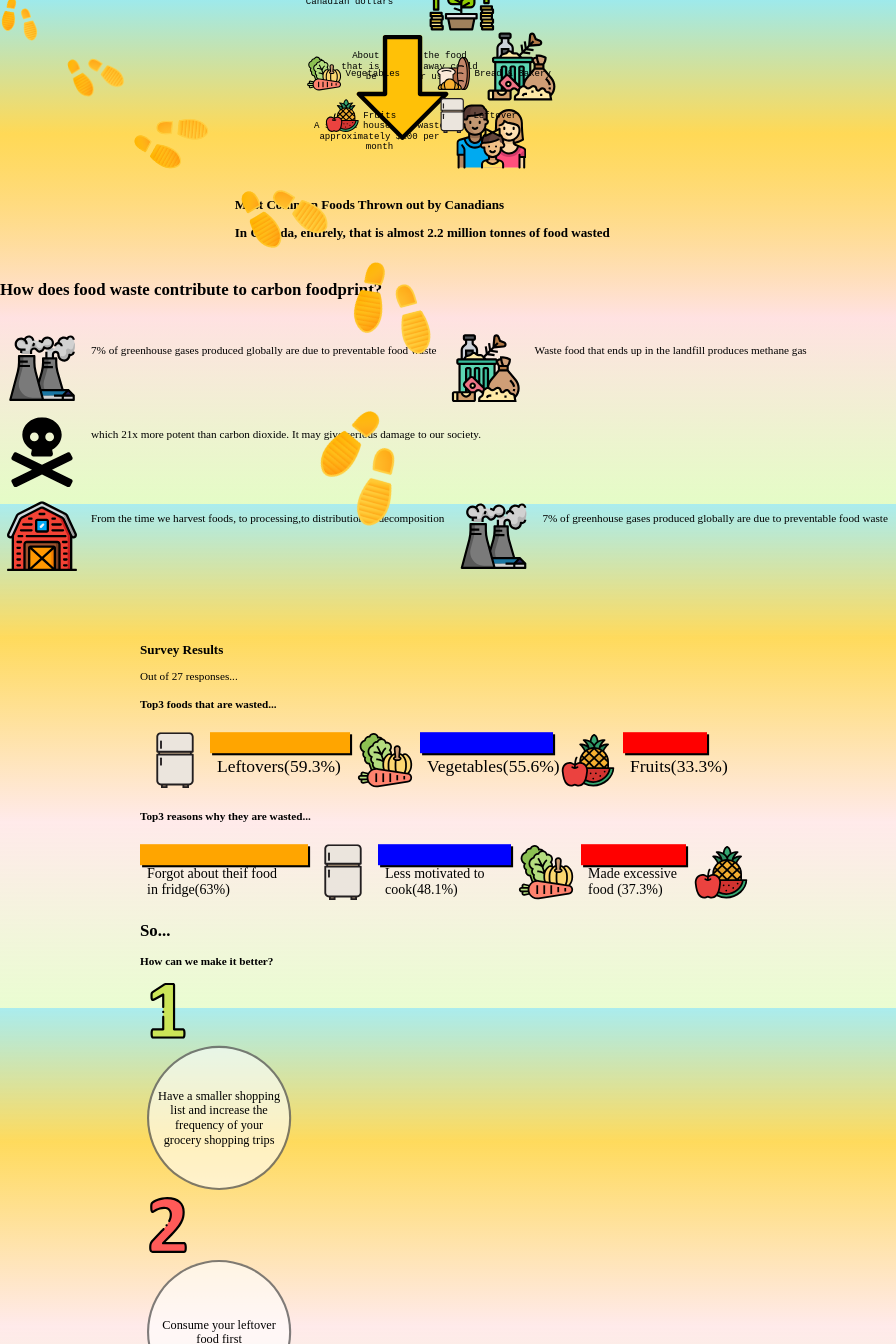
Repository: iorid3/Midterm
Page: index.html
These files come from the project's save history. The page is drawn as it stood at one moment and after the next save; the edit follows.
The browser window is 1280 px wide. The pictures show the part of the page from y = 0 to 1920 px (the page is 3093 px tall before and 2273 px after), at 70% of full size.

Above is the page before, as saved 2021-03-09 11:06:01.

After the next save:
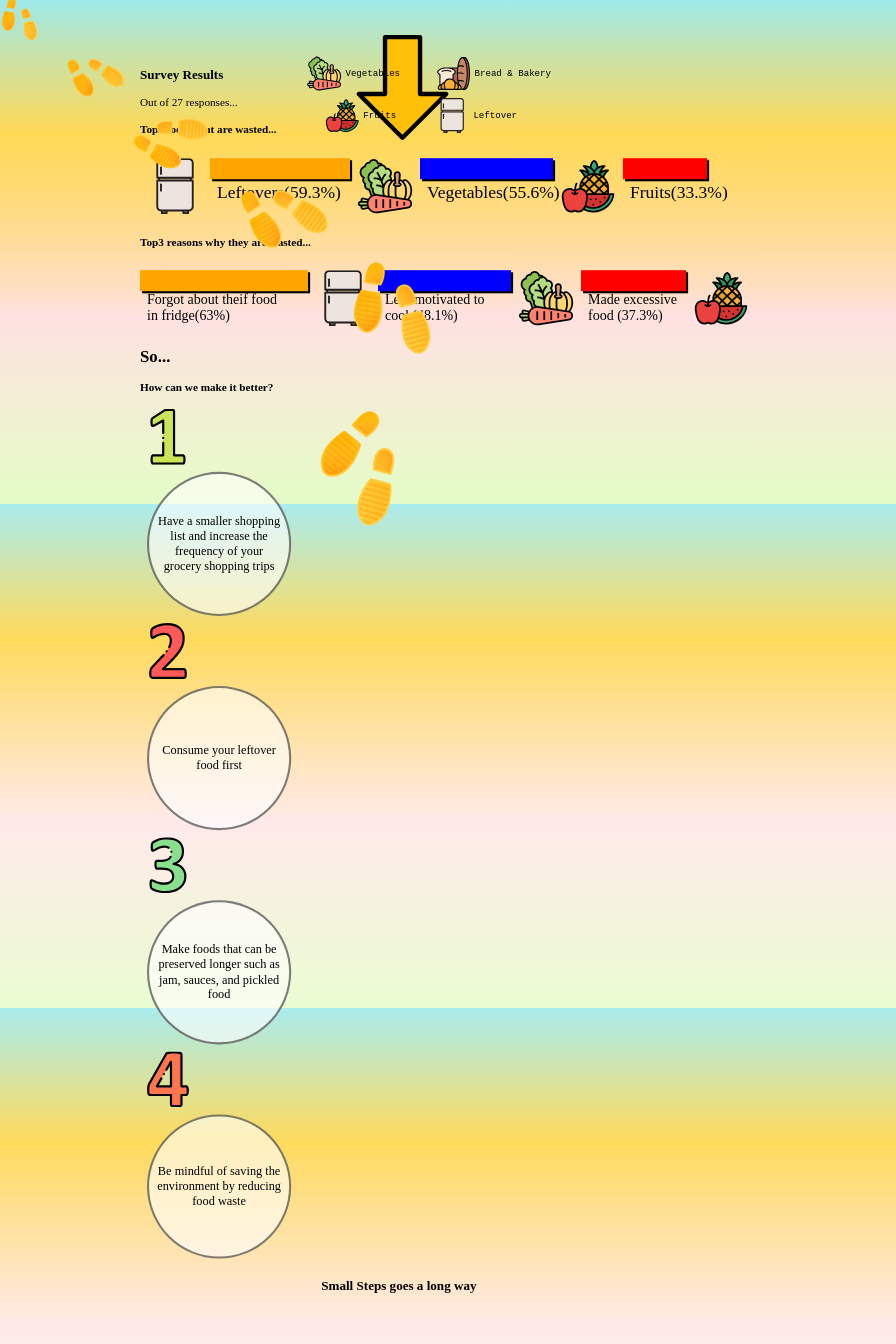
Not found: Images/earthcrying.svg
Saved 10 s later.
--- a/index.html
+++ b/index.html
@@ -9,7 +9,7 @@
 
         <div class = "section1">
             <div><h1> How Food Waste Impacts Our World</h1></div>
-            <div><img src ="./Images/earth crying.svg"/></div>
+            <div><img src ="./Images/earthcrying.svg"/></div>
             <div class = "comp1"></div>
             <div class = "comp2"></div>
             <div class = "comp5"></div>

After the save that followed:
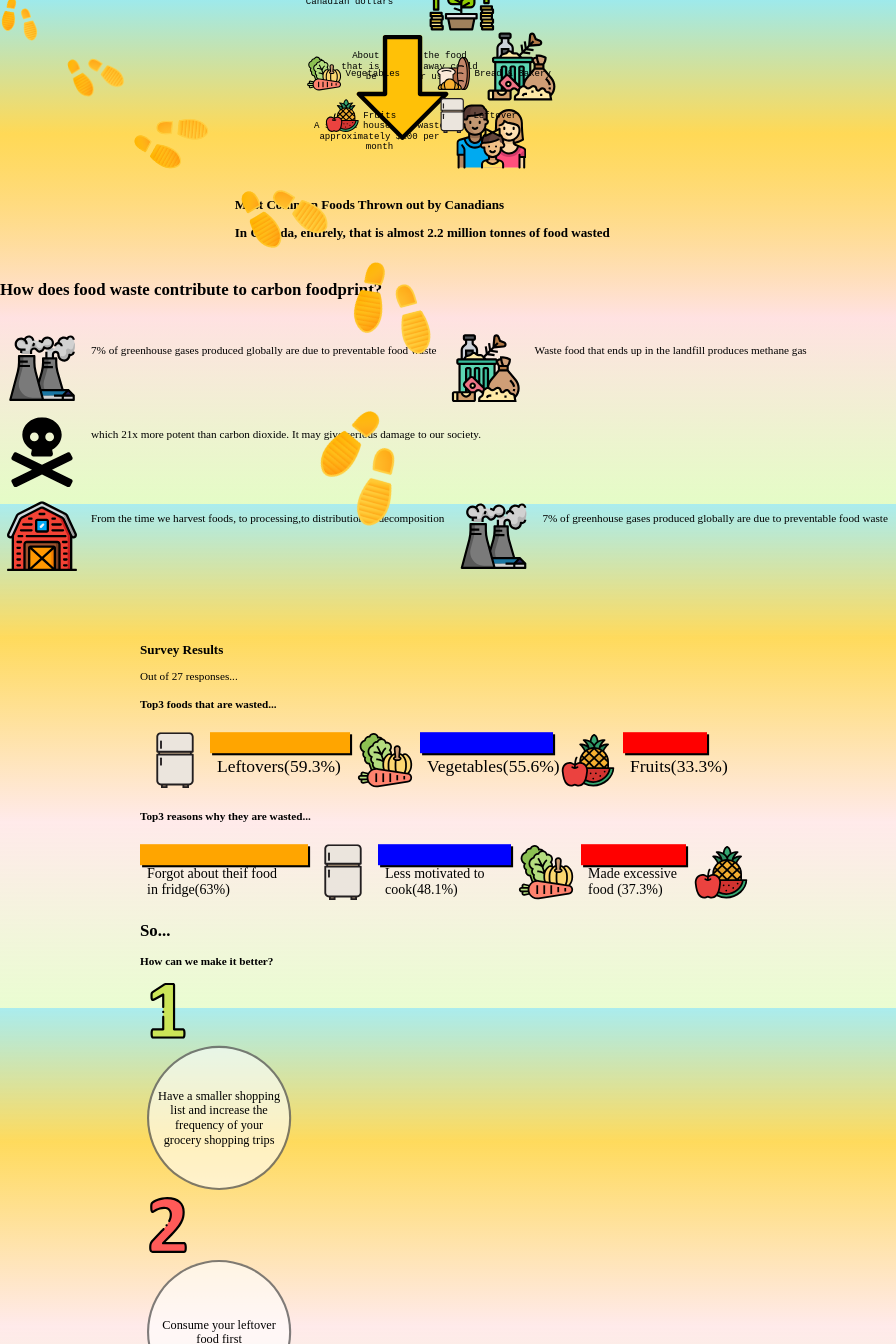
Saved 9 s later.
--- a/index.html
+++ b/index.html
@@ -9,7 +9,7 @@
 
         <div class = "section1">
             <div><h1> How Food Waste Impacts Our World</h1></div>
-            <div><img src ="./Images/earthcrying.svg"/></div>
+            <div><img src ="./Images/earth crying.svg"/></div>
             <div class = "comp1"></div>
             <div class = "comp2"></div>
             <div class = "comp5"></div>
